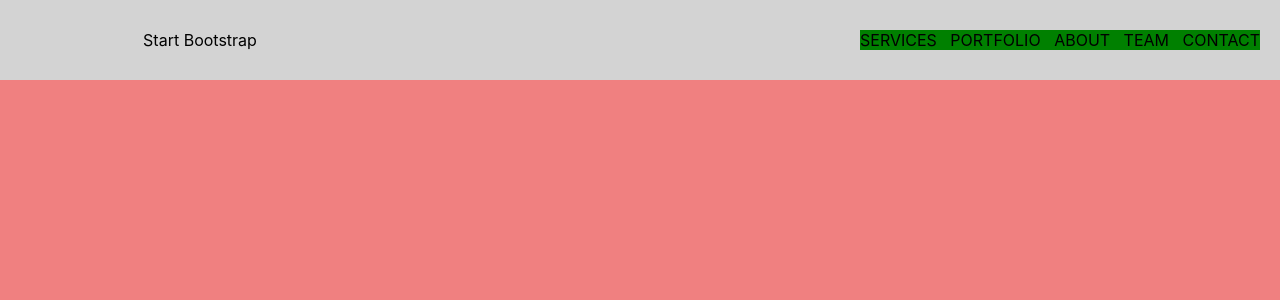
Repository: ooter37/media-queries-afternoon
Page: / (app in portfolio-clone/)
The author's editor kept a copy of each file at every save. The page is drawn from the files as they stood at one save, then again after the next save.
The browser window is 1280 px wide. The pictures show the whole page.
The project was rebuilt for these pictures with package versions that can differ from the ones it lists, and the page was loaded fresh each time.

Above is the page before, as saved 2020-04-13 14:00:26.

After the next save:
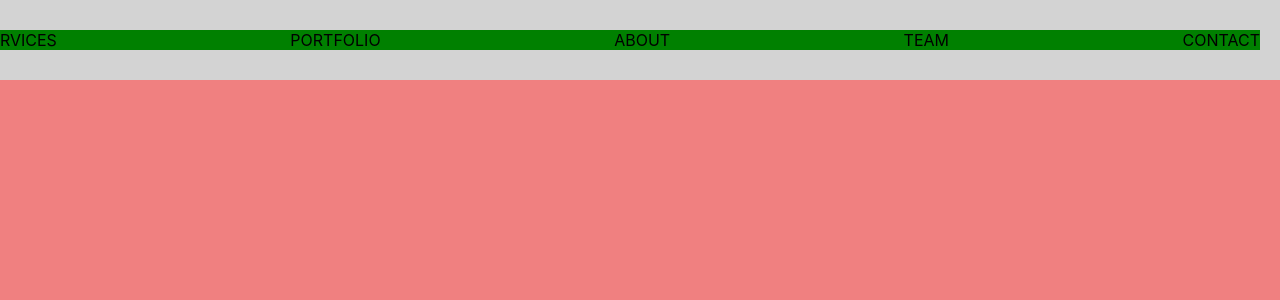
Saved 25 s later.
--- a/portfolio-clone/src/App.css
+++ b/portfolio-clone/src/App.css
@@ -18,7 +18,7 @@
 }
 
 .buttons {
-  width: 400px;
+  width: 100%;
 	display: flex;
 	flex-direction: row;
 	justify-content: space-between;

After the 3 saves that followed:
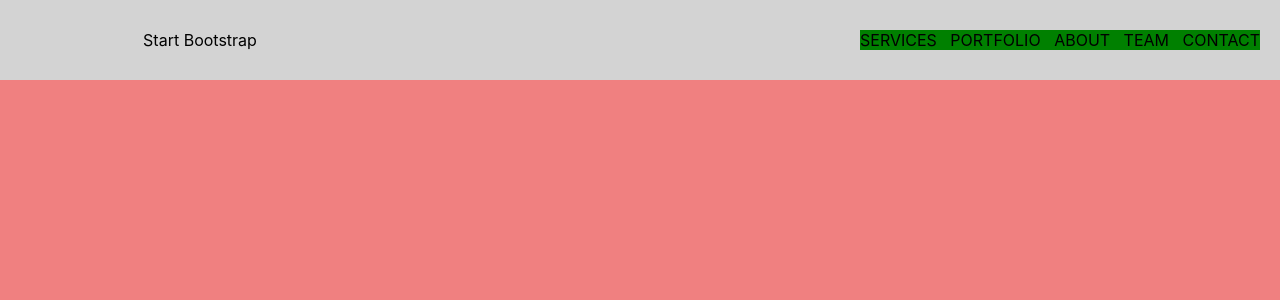
The 3 saves are shown as one change because 1 left the picture as it was and some came seconds apart.
The last was saved 30 s later.
--- a/portfolio-clone/src/App.css
+++ b/portfolio-clone/src/App.css
@@ -18,7 +18,7 @@
 }
 
 .buttons {
-  width: 100%;
+  width: 400px;
 	display: flex;
 	flex-direction: row;
 	justify-content: space-between;
